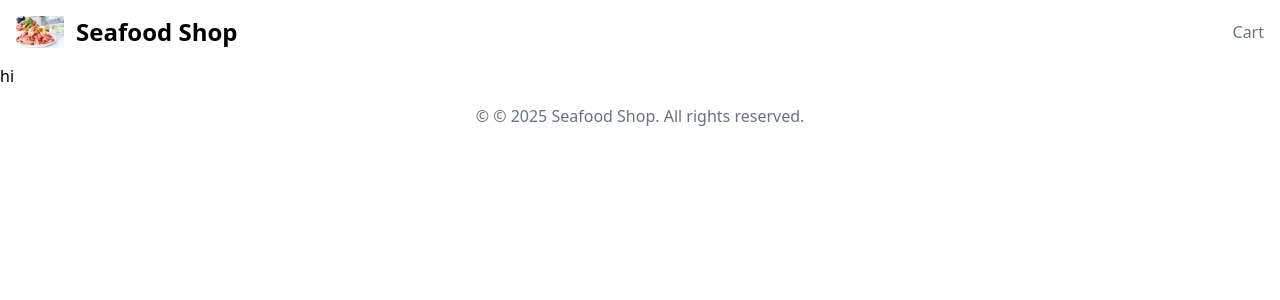
Repository: KongRucifer/SeaFood-Shop
Page: /
The author's editor kept a copy of each file at every save. The page is drawn from the files as they stood at one save, then again after a run of saves.
The browser window is 1280 px wide. The pictures show the whole page.
The project was rebuilt for these pictures with package versions that can differ from the ones it lists, and the page was loaded fresh each time. The framework's server and built-in components were replaced by stand-ins that run in the browser. Also part of the build but not shown: next.config.ts.

Above is the page before, as saved 2025-06-24 20:47:46.

After the next 4 saves:
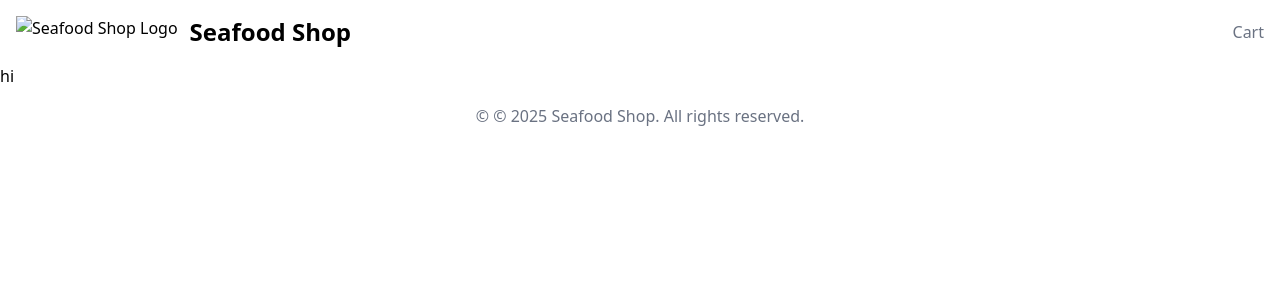
The 4 saves are shown as one change because they came seconds apart.
The last was saved 2 min 10 s later.
--- a/src/components/Navbar.tsx
+++ b/src/components/Navbar.tsx
@@ -5,7 +5,7 @@ export default function Navbar() {
       <div className="max-w-screen-xl flex flex-wrap items-center justify-between mx-auto p-4">
         <a href="/" className="flex items-center">
           <img
-            src="../../public/images/fish.jpeg"
+            src="/"
             className="h-8 mr-3"
             alt="Seafood Shop Logo"
           />
